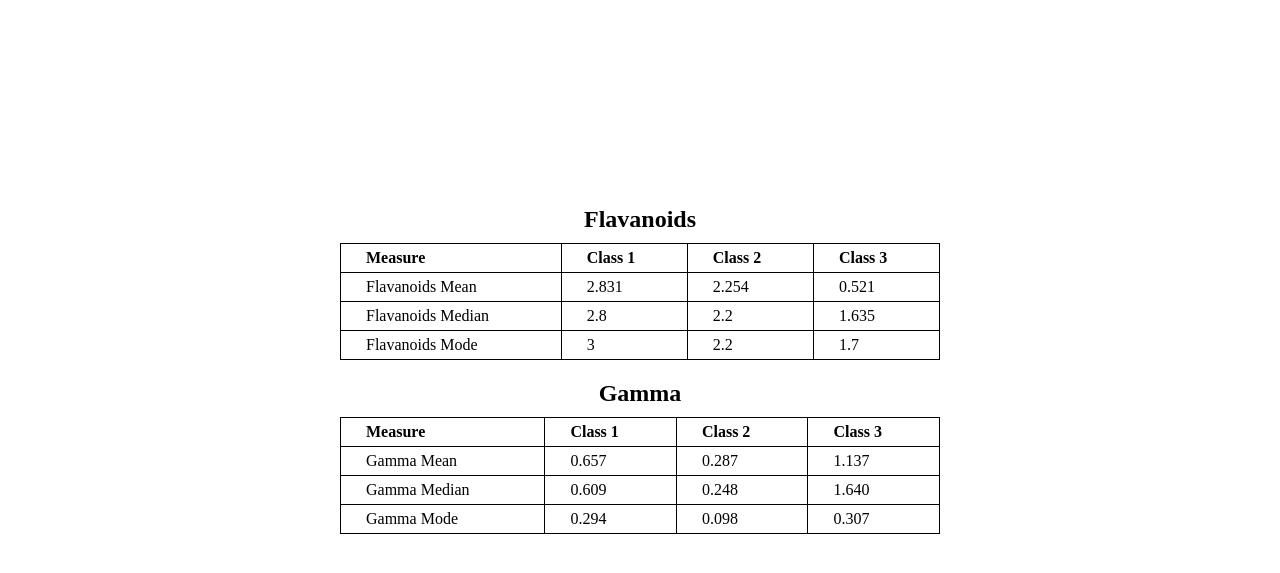
Repository: Rahul6395/WineAlcohol-Calculate
Page: /
The author's editor kept a copy of each file at every save. The page is drawn from the files as they stood at one save, then again after a run of saves.
The browser window is 1280 px wide. The pictures show the whole page.
The project was rebuilt for these pictures with package versions that can differ from the ones it lists, and the page was loaded fresh each time.

Above is the page before, as saved 2023-05-24 22:27:57.

### src/App.js

import Flavonoid from "./component/Flavonoid";
import GammaTable from "./component/GammaTable";
import "./App.css"

function App() {
  return (
    <div className="App">
     {/* <Tables/> */}
     <Flavonoid/>
     <GammaTable/>
    </div>
  );
}

export default App;

### src/component/Flavonoid.js
import React,{useState,useEffect} from 'react';
import data from "../json/data.json"
// import "./css/style.css"


function Flavonoid() {

const [value ,setValue] = useState([])

useEffect(()=>{
    for(let i=0;i<data.length;i++){
        setValue(value=>[...value,data[i].Alcohol])
    }
},[])
//Get All Alcohol
const alcohol = new Set(value);
console.log("Alcohol",[...alcohol])

  const classNames = [...alcohol]; // Replace with your actual class names

//Mean Rahul
function mean(data,classN){
  let dataFilter=data.filter((data)=>data.Alcohol === classN)
  let reduce = dataFilter.reduce((a,b)=>a+b.Flavanoids,0)
  console.log("reduce",reduce)
  return parseInt(reduce)/dataFilter.length
}


 classNames.map((classN)=>{
 console.log("mean(data,classN)",mean(data,classN))
} )










  //Mean
  function calculateMean(data, className) {
    const filteredData = data.filter(item => item.Alcohol === className);
    const sum = filteredData.reduce((acc, item) => acc + item.Flavanoids, 0);
    return parseInt(sum) / filteredData.length;
  }

//   Median
  function calculateMedian(data, className) {
    const filteredData = data.filter(item => item.Alcohol === className);
    const sortedData = filteredData.sort((a, b) => a.Flavanoids - b.Flavanoids);
    const midIndex = Math.floor(sortedData.length / 2);
    if (sortedData.length % 2 === 0) {
      return (sortedData[midIndex - 1]?.Flavanoids + sortedData[midIndex]?.Flavanoids) / 2;
    } else {
      return sortedData[midIndex].Flavanoids;
    }
  }

//   Mode
  function calculateMode(data, className) {
    const filteredData = data.filter(item => item.Alcohol === className);
    const counts = {};
    filteredData.forEach(item => {
      counts[item.Flavanoids] = counts[item.Flavanoids] ? counts[item.Flavanoids] + 1 : 1;
    });
    let mode;
    let maxCount = 0;
    for (const value in counts) {
      if (counts[value] > maxCount) {
        mode = value;
        maxCount = counts[value];
      }
    }
    return mode;
  }

  return (
    <> <h2 className='heading'>Flavanoids</h2>
    <table>
      <thead>
        <tr>
          <th>Measure</th>
          {classNames.map(className => <th key={className}>Class {className}</th>)}
        </tr>
      </thead>
      <tbody>
        <tr>
          <td>Flavanoids Mean</td>
          {classNames.map(className => <td key={className}>{calculateMean(data, className).toFixed(3)}</td>)}
        </tr>
        <tr>
          <td>Flavanoids Median</td>
          {classNames.map(className => <td key={className}>{calculateMedian(data, className)}</td>)}
        </tr>
        <tr>
          <td>Flavanoids Mode</td>
          {classNames.map(className => <td key={className}>{calculateMode(data, className)}</td>)}
        </tr>
      </tbody>
    </table>
    </>
  );
}

export default Flavonoid;

### src/component/GammaTable.js
import React from 'react';
import data from "../json/data.json"

const GammaTable = () => {

  // Function to calculate class-wise mean, median, and mode of Gamma
  const calculateGammaStats = () => {
    // Calculate Gamma for each point and group by class
    const gammaByClass = {};
    data.forEach((point) => {
      const { Alcohol, Ash, Hue, Magnesium } = point;
      const gamma = (Ash * Hue) / Magnesium;

      if (gammaByClass[Alcohol]) {
        gammaByClass[Alcohol].push(gamma);
      } else {
        gammaByClass[Alcohol] = [gamma];
      }
    });
console.log("gammaByClass",gammaByClass)
    // Calculate mean, median, and mode for each class
    const statsByClass = Object.entries(gammaByClass).map(([className, gammaValues]) => {
      // Mean
      const mean = gammaValues.reduce((sum, value) => sum + value, 0) / gammaValues.length;
      // Median
      let sortData = gammaValues.sort((a, b) => a - b);
      const median = sortData.length % 2 === 0 ? sortData[Math.floor((sortData.length / 2 )-1)] +  sortData[Math.floor(sortData.length / 2)] / 2 : sortData[Math.floor(sortData.length / 2)]


      // if (sortedData.length % 2 === 0) {
      //   return (sortedData[midIndex - 1]?.Flavanoids + sortedData[midIndex]?.Flavanoids) / 2;
      // } else {
      //   return sortedData[midIndex].Flavanoids;
      // };
      // Mode
      const mode = gammaValues.sort((a, b) =>
        gammaValues.filter((v) => v === a).length - gammaValues.filter((v) => v === b).length
      )[0];

      return {
        className,
        mean: mean.toFixed(3),
        median: median.toFixed(3),
        mode: mode.toFixed(3),
      };
    });

    return statsByClass;
  };

  const gammaStats = calculateGammaStats();

  return (
    <div>
    <h2 className='heading'>Gamma</h2>
    <table>
      <thead>
        <tr>
          <th>Measure</th>
          {gammaStats.map((stat) => (
            <th key={stat.className}>Class {stat.className}</th>
          ))}
        </tr>
      </thead>
      <tbody>
        <tr>
          <td>Gamma Mean</td>
          {gammaStats.map((stat) => (
            <td key={stat.className}>{stat.mean}</td>
          ))}
        </tr>
        <tr>
          <td>Gamma Median</td>
          {gammaStats.map((stat) => (
            <td key={stat.className}>{stat.median}</td>
          ))}
        </tr>
        <tr>
          <td>Gamma Mode</td>
          {gammaStats.map((stat) => (
            <td key={stat.className}>{stat.mode}</td>
          ))}
        </tr>
      </tbody>
    </table>
    </div>
  );
}


export default GammaTable;

Loaded but not shown: public/index.html (common file); src/index.js (common file); src/App.css (common file); src/json/data.json (2673 lines, source omitted)

After the next 2 saves:
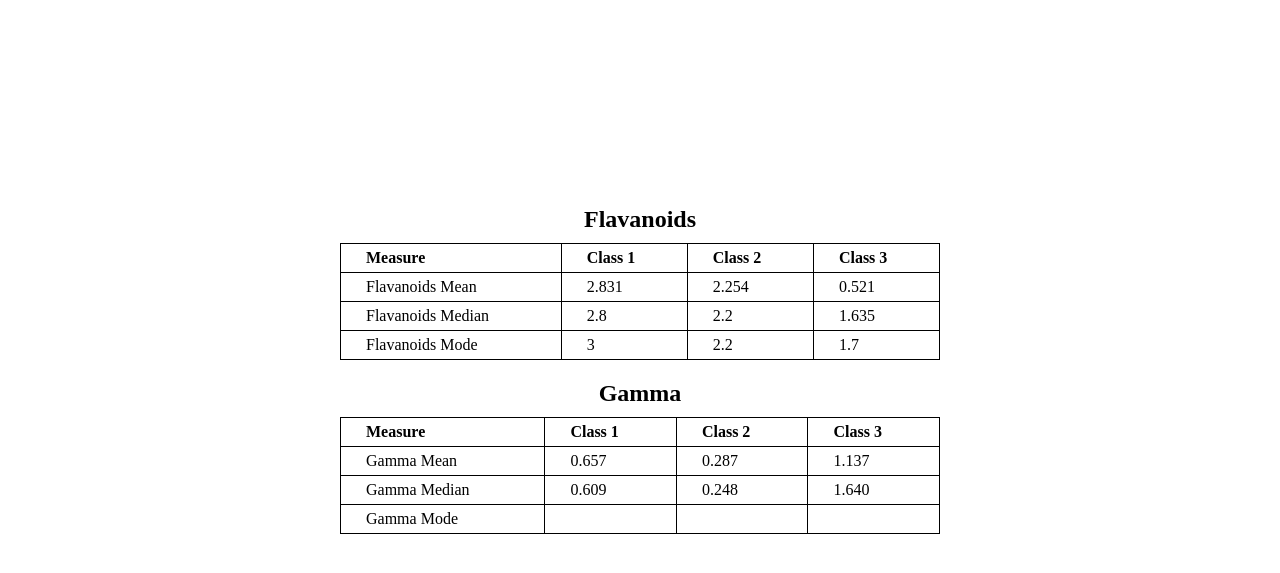
The 2 saves are shown as one change because 1 did not build or start.
The last was saved 8 min 19 s later.
--- a/src/component/GammaTable.js
+++ b/src/component/GammaTable.js
@@ -26,22 +26,28 @@ console.log("gammaByClass",gammaByClass)
       let sortData = gammaValues.sort((a, b) => a - b);
       const median = sortData.length % 2 === 0 ? sortData[Math.floor((sortData.length / 2 )-1)] +  sortData[Math.floor(sortData.length / 2)] / 2 : sortData[Math.floor(sortData.length / 2)]
 
+      // Mode
+     let modify;
+   let maxCount = 0;
+   const counts = {};
+  const mode = gammaValues.sort((a, b) =>
+        gammaValues.filter((v) => v === a)
+      ).forEach(item => {
+        console.log("mode",item)
+      });;
 
-      // if (sortedData.length % 2 === 0) {
-      //   return (sortedData[midIndex - 1]?.Flavanoids + sortedData[midIndex]?.Flavanoids) / 2;
-      // } else {
-      //   return sortedData[midIndex].Flavanoids;
-      // };
-      // Mode
-      const mode = gammaValues.sort((a, b) =>
-        gammaValues.filter((v) => v === a).length - gammaValues.filter((v) => v === b).length
-      )[0];
+
+
+
+      // const mode = gammaValues.sort((a, b) =>
+      //   gammaValues.filter((v) => v === a).length - gammaValues.filter((v) => v === b).length
+      // )[0];
 
       return {
         className,
         mean: mean.toFixed(3),
         median: median.toFixed(3),
-        mode: mode.toFixed(3),
+        mode: mode,
       };
     });
 
